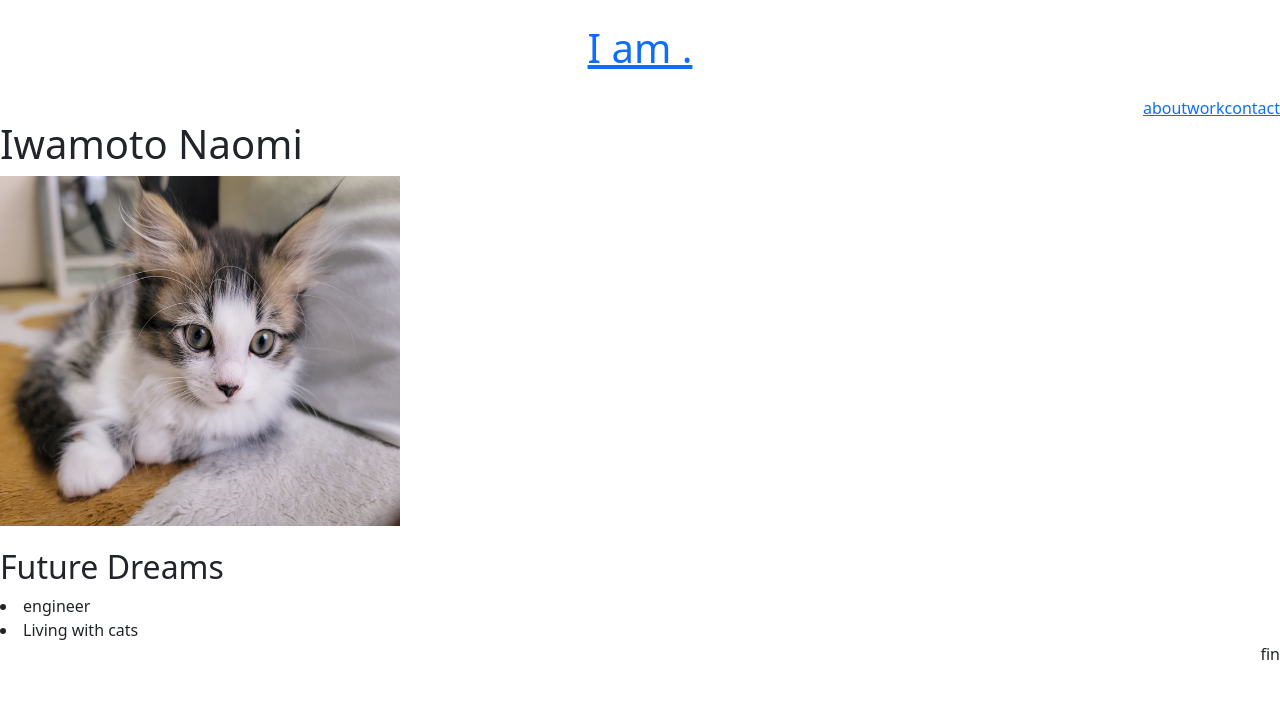
Repository: 7oooomi/portfolio-vercel-
Page: / (app in sample-app/)
These files come from the project's save history. The page is drawn as it stood at one moment and after the next save; the edit follows.
The browser window is 1280 px wide. The pictures show the whole page.
The project was rebuilt for these pictures with package versions that can differ from the ones it lists, and the page was loaded fresh each time. The framework's server and built-in components were replaced by stand-ins that run in the browser. Also part of the build but not shown: sample-app/next.config.js, sample-app/styles/Home.module.css.

Above is the page before, as saved 2022-08-07 18:01:44.

### sample-app/pages/_app.js
import '../styles/globals.css'
import 'bootstrap/dist/css/bootstrap.min.css';
import Layout from './Layout';


function MyApp({ Component, pageProps }) {
  return (
    <Layout>
      <Component {...pageProps} />
    </Layout>
  );
}

export default MyApp

### sample-app/pages/index.js
import Image from 'next/image';
import styles from '../styles/Home.module.css';



export default function MyPage () {
    return (
        <div>
            <h1> Iwamoto Naomi </h1>
            <div>
                <p >
                    <Image src='/cat.jpg' width={400} height={350} />
                </p>
                <div>
                  <h2>Future Dreams</h2>
                  <li>engineer</li>
                  <li>Living with cats</li>
                </div>
            </div>
        </div>
    )
}

### sample-app/styles/globals.css
html,
body {
  padding: 0;
  margin: 0;
  font-family: HiraMinProN-W3;
}

a {
  color: inherit;
  text-decoration: none;
}

* {
  box-sizing: border-box;
}

### sample-app/pages/Layout.js
import Home from './components/Header';
import Footer from './components/Footer';


export default function Layout ({ children }) {
    return (
        <>
          <Home />
            <main>{children}</main>
          <Footer />
        </>
    );
}

### sample-app/pages/components/Header.js
import Head from 'next/head'
import Image from 'next/image'
import Nav from 'react-bootstrap/Nav';
import Link from 'next/link';

export default function Home() {
  return (
    <div>
      <Head>
        <title>I am.</title>
        <meta name="description" content="Generated by create next app" />
        <link rel="icon" href="/favicon.ico" />
      </Head>

      <main>
        <h1 className="text-center mt-4 mb-4">
          <Link href='/'>I am .</Link>
        </h1>
        <Nav className="justify-content-end">
          <Nav.Item>
            <Link href='/about'>
              about
            </Link>
          </Nav.Item>
          <Nav.Item>
            <Link href='/work'>
              <a>work</a>
            </Link>
          </Nav.Item>
          <Nav.Item>
            <Link href='/contact'>
              <a>contact</a>
            </Link>
          </Nav.Item>
        </Nav>
      </main>
    </div>
  )
}

### sample-app/pages/components/Footer.js
export default function Footer() {
    return (
        <div style={{textAlign: 'right'}}>fin</div>
    )
}

After the next save:
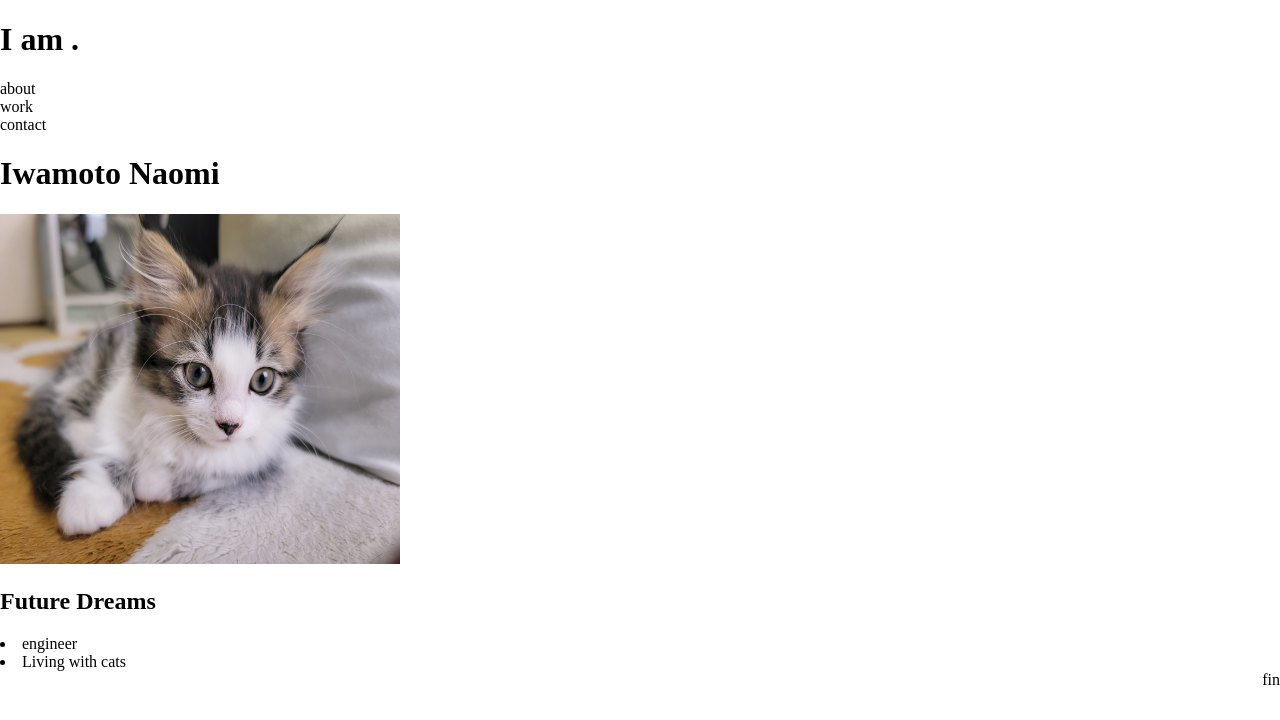
Saved 2 min 22 s later.
--- a/sample-app/pages/_app.js
+++ b/sample-app/pages/_app.js
@@ -1,5 +1,5 @@
 import '../styles/globals.css'
-import 'bootstrap/dist/css/bootstrap.min.css';
+// import 'bootstrap/dist/css/bootstrap.min.css';
 import Layout from './Layout';
 
 

After the 2 saves that followed:
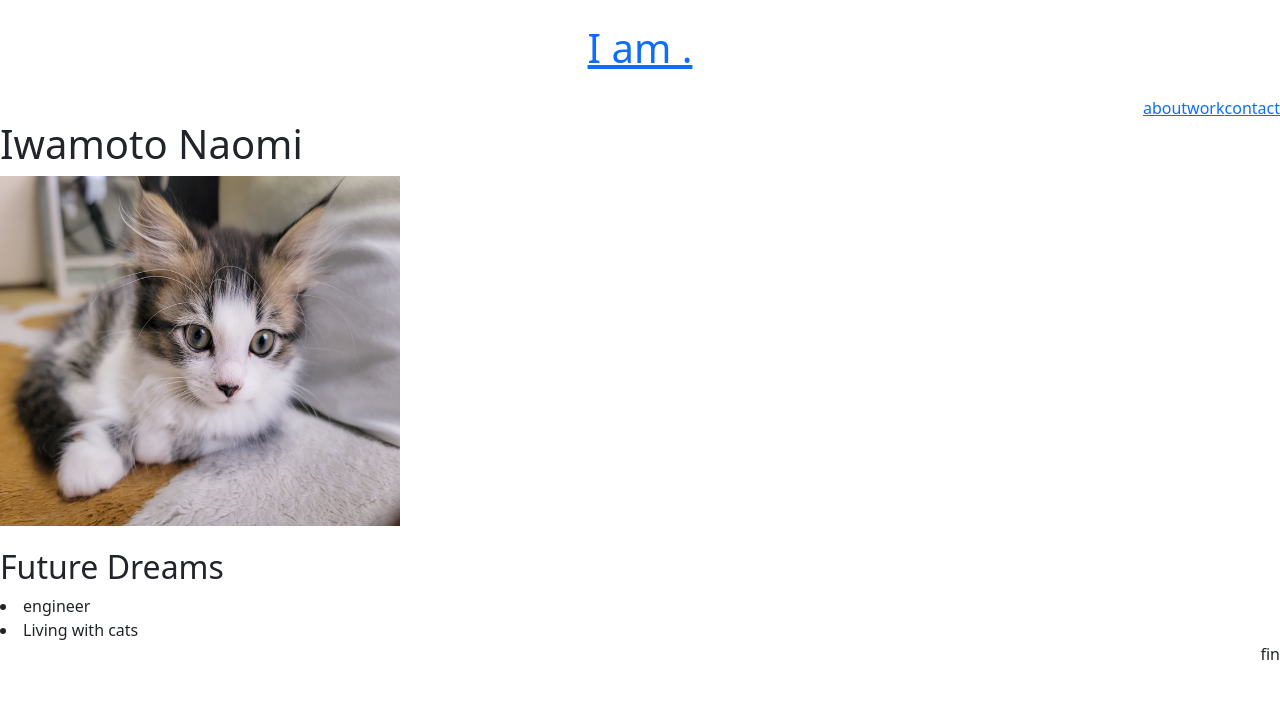
The 2 saves are shown as one change because 1 left the picture as it was.
The last was saved 56 s later.
--- a/sample-app/pages/_app.js
+++ b/sample-app/pages/_app.js
@@ -1,5 +1,5 @@
 import '../styles/globals.css'
-// import 'bootstrap/dist/css/bootstrap.min.css';
+import 'bootstrap/dist/css/bootstrap.min.css';
 import Layout from './Layout';
 
 
--- a/sample-app/pages/components/Header.js
+++ b/sample-app/pages/components/Header.js
@@ -19,7 +19,7 @@ export default function Home() {
         <Nav className="justify-content-end">
           <Nav.Item>
             <Link href='/about'>
-              about
+              <a>about</a>
             </Link>
           </Nav.Item>
           <Nav.Item>
